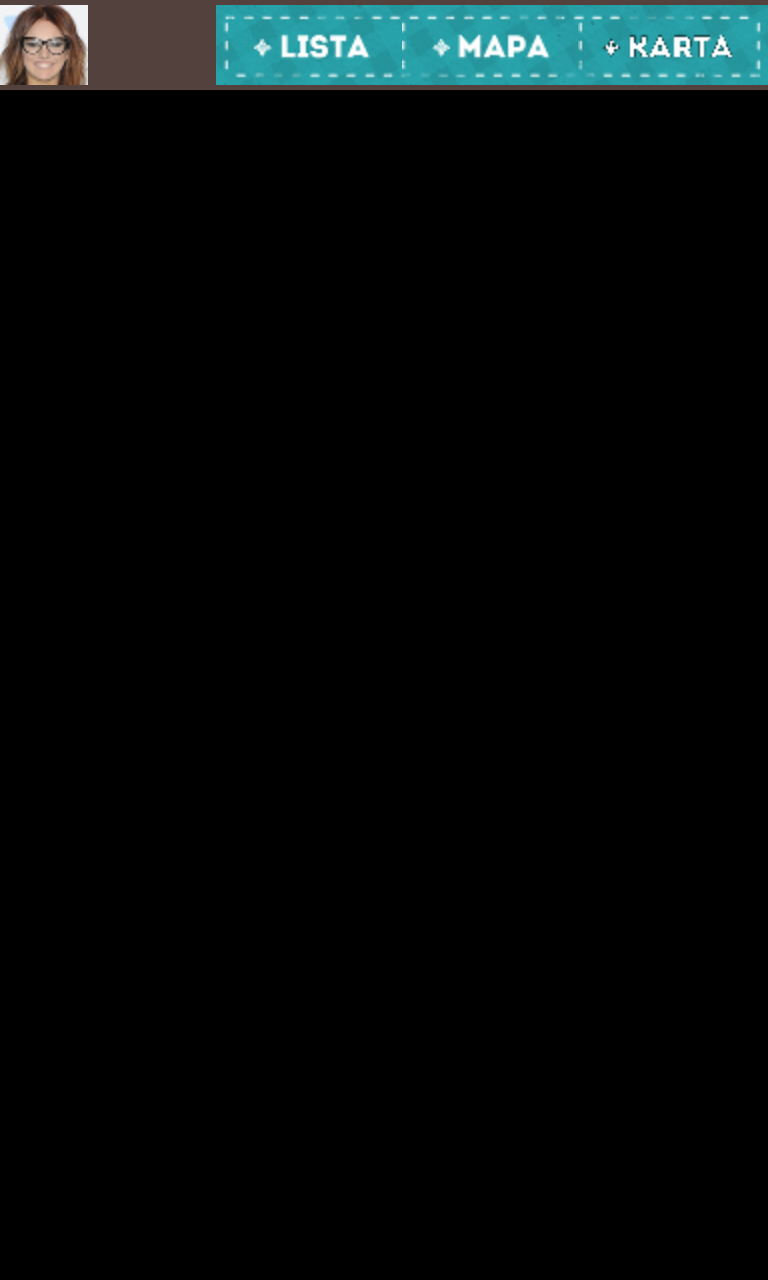
Repository: augkamil/snap_app
Layout: com.snap.QRcode/res/layout/header.xml
An editor plug-in stored every save of this project. The layout is shown before and after the next save, followed by the edit.
It is drawn on a 768 x 1280 px phone screen (xhdpi) without system bars, with theme android:Theme; the app's code is not run.

Above is the layout before, as saved 2012-09-26 17:15:03.

### com.snap.QRcode/res/layout/header.xml
<merge xmlns:android="http://schemas.android.com/apk/res/android">
    <RelativeLayout
            android:id="@+id/header"
            android:layout_width="match_parent"
            android:layout_height="45dp"
            android:background="@color/action_bar_color"
            >
            <ImageButton
                android:id="@+id/user_photo_btn"
                android:src="@drawable/user_photo_btn_lq"
                android:layout_alignParentLeft="true"
                style="@style/actionBar"
                />

            <ImageButton
                android:id="@+id/list_btn"
                android:src="@drawable/list_btn_lq"
                android:layout_toLeftOf="@+id/map_btn"
                style="@style/actionBar"
                />
            <ImageButton
                android:id="@+id/map_btn"
                android:src="@drawable/map_btn_lq"
                android:layout_toLeftOf="@+id/card_btn"
                style="@style/actionBar"
                />
            <ImageButton
                android:id="@+id/card_btn"
                android:src="@drawable/card_btn_lq"
                android:layout_alignParentRight="true"
                style="@style/actionBar"
                />
        </RelativeLayout>
</merge>

### com.snap.QRcode/res/values/colors.xml
<?xml version="1.0" encoding="utf-8"?>
<resources>
    <color name="background_color">#00834b</color>
    <color name="action_bar_color">#53413e</color>
    <color name="font_color">#FFFFFF</color>
    <color name="button_color">#00834b</color>
    <color name="white">#FFFFFF</color>
</resources>

### com.snap.QRcode/res/values/styles.xml
<?xml version="1.0" encoding="utf-8"?>
<resources>
    <style name="dashboard">
        <item name="android:numColumns">2</item>
    </style>
    <style name="button">
        <item name="android:layout_width">wrap_content</item>
        <item name="android:layout_height">wrap_content</item>
        <item name="android:gravity">center_vertical</item>
    </style>
    <style name="actionBar">
        <item name="android:layout_width">wrap_content</item>
        <item name="android:layout_height">fill_parent</item>
        <item name="android:background">@color/action_bar_color</item>
    </style>
</resources>

After the next save:
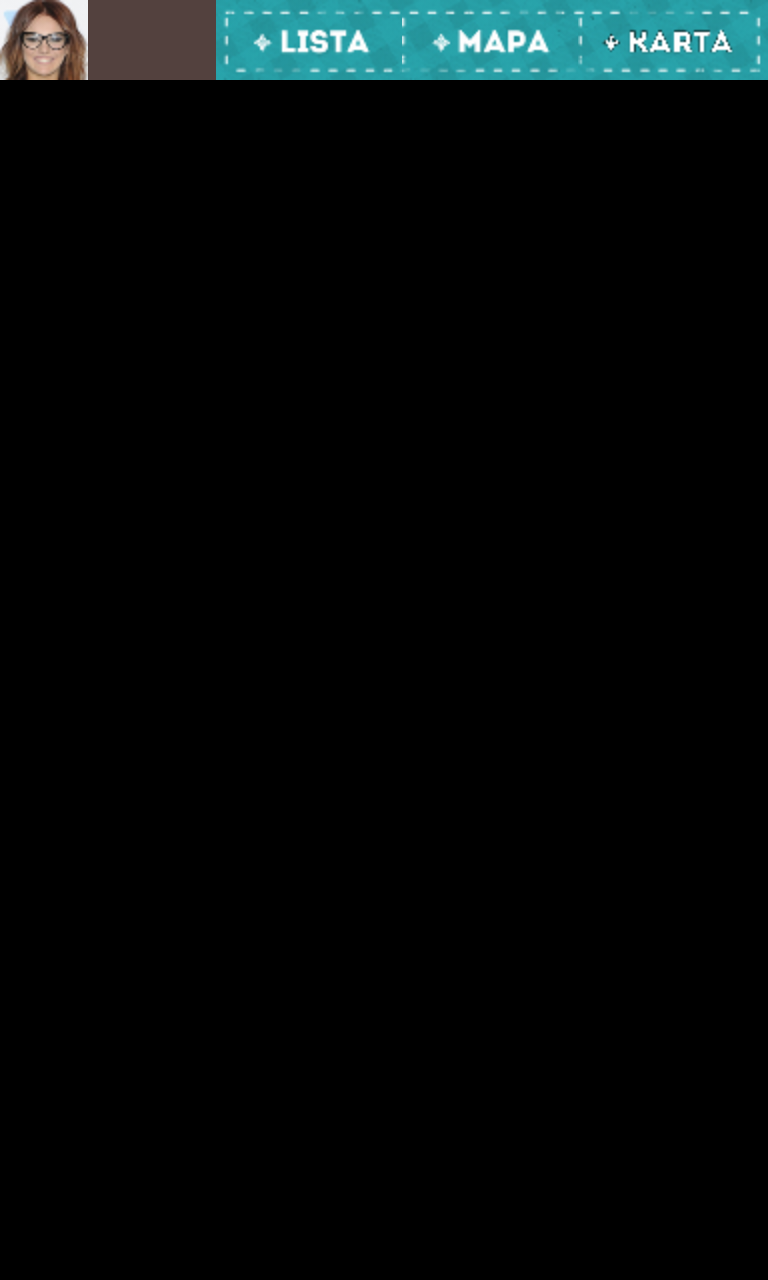
Saved 53 s later.
--- a/com.snap.QRcode/res/layout/header.xml
+++ b/com.snap.QRcode/res/layout/header.xml
@@ -2,7 +2,7 @@
     <RelativeLayout
             android:id="@+id/header"
             android:layout_width="match_parent"
-            android:layout_height="45dp"
+            android:layout_height="40dp"
             android:background="@color/action_bar_color"
             >
             <ImageButton
